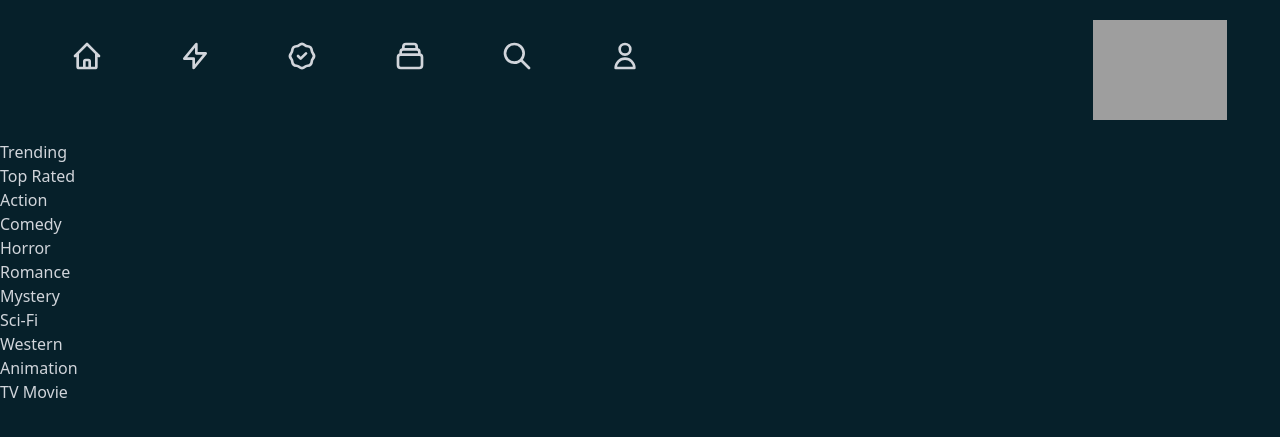
Repository: judahsullivan/hulu-next-clone
Page: /
The author's editor kept a copy of each file at every save. The page is drawn from the files as they stood at one save, then again after a run of saves.
The browser window is 1280 px wide. The pictures show the whole page.
Pictures or frames that could not be fetched are drawn as grey boxes. The project was rebuilt for these pictures with package versions that can differ from the ones it lists, and the page was loaded fresh each time. The framework's server and built-in components were replaced by stand-ins that run in the browser. Also part of the build but not shown: next.config.js.

Above is the page before, as saved 2022-10-05 12:12:09.

After the next 4 saves:
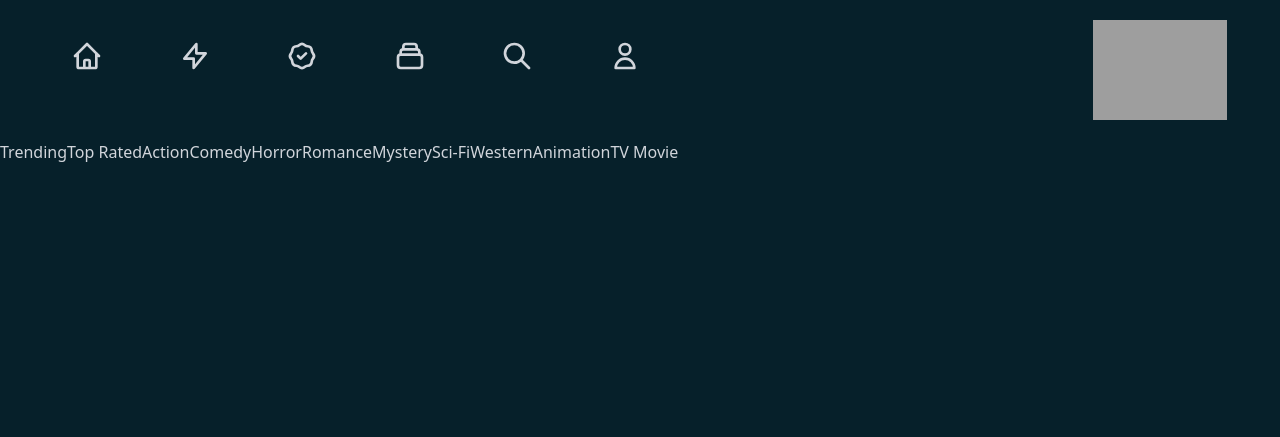
The 4 saves are shown as one change because they came seconds apart.
The last was saved 71 s later.
--- a/components/Nav.js
+++ b/components/Nav.js
@@ -3,7 +3,7 @@ import request from "../utils/request"
 function Nav() {
   return (
     <nav>
-        <div className="">
+        <div className="flex px-18 sm:">
             {Object.entries(request).map(([key,{
                 title, url}]) => (
                     <h2 key={key} className='cursor-pointer transition duration-100 transform hover:scale-125 hover:text-white active:text-red-500'>{title}</h2>
